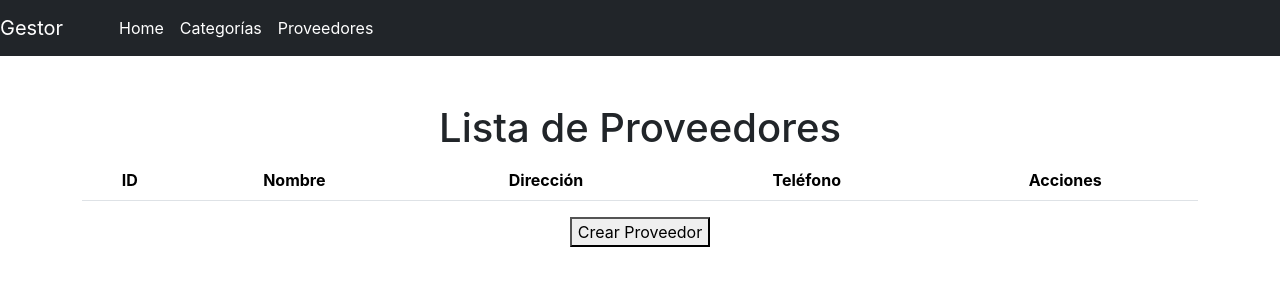
Repository: SantiagoGuaman/gestor-app
Page: /providers
The author's editor kept a copy of each file at every save. The page is drawn from the files as they stood at one save, then again after the next save.
The browser window is 1280 px wide. The pictures show the whole page.
The page's requests for data from a server got no answer. The project was rebuilt for these pictures with package versions that can differ from the ones it lists, and the page was loaded fresh each time. No one was signed in, and anything a server would have sent is missing. Also part of the build but not shown: src/App.css, src/Categories/GetDataCategories.js, src/HomePage/HomePage.js.

Above is the page before, as saved 2024-02-15 09:36:00.

### public/index.html
<!DOCTYPE html>
<html lang="en">
  <head>
    <meta charset="utf-8" />
    <link rel="icon" href="%PUBLIC_URL%/favicon.ico" />
    <meta name="viewport" content="width=device-width, initial-scale=1" />
    <meta name="theme-color" content="#000000" />
    <meta
      name="description"
      content="Web site created using create-react-app"
    />
    <link rel="apple-touch-icon" href="%PUBLIC_URL%/logo192.png" />
    <!--
      manifest.json provides metadata used when your web app is installed on a
      user's mobile device or desktop. See https://developers.google.com/web/fundamentals/web-app-manifest/
    -->
    <link href="https://cdn.jsdelivr.net/npm/bootstrap@5.3.2/dist/css/bootstrap.min.css" rel="stylesheet" integrity="sha384-T3c6CoIi6uLrA9TneNEoa7RxnatzjcDSCmG1MXxSR1GAsXEV/Dwwykc2MPK8M2HN" crossorigin="anonymous">
    <link rel="manifest" href="%PUBLIC_URL%/manifest.json" />
    <!--
      Notice the use of %PUBLIC_URL% in the tags above.
      It will be replaced with the URL of the `public` folder during the build.
      Only files inside the `public` folder can be referenced from the HTML.

      Unlike "/favicon.ico" or "favicon.ico", "%PUBLIC_URL%/favicon.ico" will
      work correctly both with client-side routing and a non-root public URL.
      Learn how to configure a non-root public URL by running `npm run build`.
    -->
    <title>Gestor APP</title>
  </head>
  <body>
    <noscript>You need to enable JavaScript to run this app.</noscript>
    <div id="root"></div>
    <!--
      This HTML file is a template.
      If you open it directly in the browser, you will see an empty page.

      You can add webfonts, meta tags, or analytics to this file.
      The build step will place the bundled scripts into the <body> tag.

      To begin the development, run `npm start` or `yarn start`.
      To create a production bundle, use `npm run build` or `yarn build`.
    -->
  </body>
  <script src="https://cdn.jsdelivr.net/npm/bootstrap@5.3.2/dist/js/bootstrap.bundle.min.js" integrity="sha384-C6RzsynM9kWDrMNeT87bh95OGNyZPhcTNXj1NW7RuBCsyN/o0jlpcV8Qyq46cDfL" crossorigin="anonymous"></script>
</html>

### src/App.js
import { BrowserRouter, Route, Routes } from 'react-router-dom';
import './App.css';
import GetDataCategories from './Categories/GetDataCategories';
import NavBar from './NavBar/NavBar';
import GetDataProviders from './Proveedores/GetDataProviders';
import HomePage from './HomePage/HomePage';

function App() {
  return (
    <BrowserRouter>
      <NavBar />
      <Routes>
        <Route exact path='/' element={<HomePage />} />
        <Route exact path='/categories' element={<GetDataCategories />} />
        <Route exact path='/providers' element={<GetDataProviders />} />
      </Routes>
    </BrowserRouter>
  );
}

export default App;

### src/NavBar/NavBar.js
import React from 'react'
import { Link } from 'react-router-dom'
import './NavBar.css';

function NavBar() {
    return (
        <nav className="navbar navbar-expand-lg navbar-light bg-dark lg">
            <Link className="navbar-brand me-5" to="/">Gestor</Link>
            <button className="navbar-toggler" type="button" data-toggle="collapse" data-target="#navbarNav" aria-controls="navbarNav" aria-expanded="false" aria-label="Toggle navigation">
                <span className="navbar-toggler-icon"></span>
            </button>
            <div className="collapse navbar-collapse" id="navbarNav">
                <ul className="navbar-nav" >
                    <li className="nav-item active">
                        <Link className="nav-link" to="/">Home</Link>
                    </li>
                    <li className="nav-item">
                        <Link className="nav-link" to="/categories">Categorías</Link>
                    </li>
                    <li className="nav-item">
                        <Link className="nav-link" to="/providers">Proveedores</Link>
                    </li>
                </ul>
            </div>
        </nav>
    )
}

export default NavBar

### src/Proveedores/GetDataProviders.js
import React, { useEffect, useState } from 'react'

function GetDataProviders() {

    const endPoint = 'http://localhost:8080/api/proveedores';

    const [proveedores, setProveedores] = useState([]);
    const [newProveedor, setNewProveedor] = useState({
        nombre: '',
        direccion: '',
        telefono: ''
    });

    const [editProveedor, setEditProveedor] = useState({
        nombre: '',
        direccion: '',
        telefono: ''
    });

    const [isCreateModalOpen, setCreateModalOpen] = useState(false);

    const fetchData = async () => {
        try {
            const response = await fetch(endPoint);
            if (response.ok) {
                const data = await response.json();
                setProveedores(data);
            }
        } catch (error) {
            console.error("Error fetching data:", error);
        }
    };

    const handleCreate = async () => {
        try {
            const response = await fetch(endPoint, {
                method: 'POST',
                headers: {
                    'Content-Type': 'application/json',
                },
                body: JSON.stringify(newProveedor),
            });

            if (response.ok) {
                console.log('Proveedor creado exitosamente');
                fetchData();
                setNewProveedor({
                    nombre: '',
                    direccion: '',
                    telefono: ''
                });
                setCreateModalOpen(false);
            } else {
                console.error('Error al crear el Proveedor');
            }
        } catch (error) {
            console.error('Error al procesar la solicitud de creación:', error);
        }
    };

    const handleEdit = (proveedor) => {
        setEditProveedor(proveedor);
    };

    const handleUpdate = async () => {
        try {
            const response = await fetch(`${endPoint}/${editProveedor.id_proveedor}`, {
                method: 'PUT',
                headers: {
                    'Content-Type': 'application/json',
                },
                body: JSON.stringify(editProveedor),
            });

            if (response.ok) {
                console.log('Proveedor actualizado exitosamente');
                fetchData();
                setEditProveedor({
                    nombre: '',
                    direccion: '',
                    telefono: ''
                });
            } else {
                console.error('Error al actualizar el Proveedor');
            }
        } catch (error) {
            console.error('Error al procesar la solicitud de actualización:', error);
        }
    };

    const handleDelete = async (id) => {
        try {
            const response = await fetch(`${endPoint}/${id}`, {
                method: 'DELETE',
            });

            if (response.ok) {
                console.log('Proveedor eliminado exitosamente');
                fetchData();
            } else {
                console.error('Error al eliminar al Proveedor');
            }
        } catch (error) {
            console.error('Error al procesar la solicitud de eliminación:', error);
        }
    }

    useEffect(() => {
        fetchData();
    }, []);

    return (
        <div className='container text-center mt-5'>
            <h1>Lista de Proveedores</h1>
            <table className="table table-hover">
                <thead>
                    <tr>
                        <th>ID</th>
                        <th>Nombre</th>
                        <th>Dirección</th>
                        <th>Teléfono</th>
                        <th>Acciones</th>
                    </tr>
                </thead>
                <tbody>
                    {proveedores.map((proveedor) => (
                        <tr key={proveedor.id_proveedor}>
                            <td>{proveedor.id_proveedor}</td>
                            <td>{proveedor.nombre}</td>
                            <td>{proveedor.direccion}</td>
                            <td>{proveedor.telefono}</td>
                            <td>
                                <button className='btn btn-secondary' onClick={() => handleEdit(proveedor)}>Editar</button>
                                <button className='btn btn-danger' onClick={() => handleDelete(proveedor.id_proveedor)}>Eliminar</button>
                            </td>
                        </tr>
                    ))}
                </tbody>
            </table>
            <button onClick={() => setCreateModalOpen(true)}>Crear Proveedor</button>
            {isCreateModalOpen && (
                <div className="modal" tabIndex="-1" role="dialog" style={{ display: 'block' }}>
                    <div className="modal-dialog" role="document">
                        <div className="modal-content">
                            <div className="modal-header">
                                <h5 className="modal-title">Crear Nuevo Proveedor</h5>
                                <button type="button" className="close" data-dismiss="modal" aria-label="Close" onClick={() => setCreateModalOpen(false)}>
                                    <span aria-hidden="true">&times;</span>
                                </button>
                            </div>

                            <div className="modal-body" style={{ display: 'flex', flexDirection: 'column' }}>
                                <input className='form-control mt-3'
                                    type="text"
                                    placeholder="Nombre"
                                    value={newProveedor.nombre}
                                    onChange={(e) => setNewProveedor({ ...newProveedor, nombre: e.target.value })}
                                />
                                <input className='form-control mt-3'
                                    type="text"
                                    placeholder="Dirección"
                                    value={newProveedor.direccion}
                                    onChange={(e) => setNewProveedor({ ...newProveedor, direccion: e.target.value })}
                                />
                                <input className='form-control mt-3'
                                    type="text"
                                    placeholder="Teléfono"
                                    value={newProveedor.telefono}
                                    onChange={(e) => setNewProveedor({ ...newProveedor, telefono: e.target.value })}
                                />
                            </div>
                            <div className="modal-footer mt-3">
                                <button type="button" className="btn btn-primary" onClick={handleCreate}>Crear</button>
                                <button type="button" className="btn btn-secondary" onClick={() => setCreateModalOpen(false)}>Cancelar</button>
                            </div>
                        </div>
                    </div>
                </div>

            )}

            {editProveedor.id_proveedor && (
                <div>
                    <h2>Editar Proveedor</h2>
                    <input
                        type="text"
                        value={editProveedor.nombre}
                        onChange={(e) => setEditProveedor({ ...editProveedor, nombre: e.target.value })}
                    />
                    <input
                        type="text"
                        value={editProveedor.direccion}
                        onChange={(e) => setEditProveedor({ ...editProveedor, direccion: e.target.value })}
                    />
                    <input
                        type="text"
                        value={editProveedor.telefono}
                        onChange={(e) => setEditProveedor({ ...editProveedor, telefono: e.target.value })}
                    />
                    <button className='btn btn-success' onClick={handleUpdate}>Guardar</button>
                </div>
            )}
        </div>
    );
}

export default GetDataProviders

### src/NavBar/NavBar.css
.nav-link {
    color: #FFFFFF;
    /* Color blanco */
}

.navbar-brand {
    color: #FFFFFF;
}

Loaded but not shown: src/index.js (common file); src/index.css (common file); src/reportWebVitals.js (common file)

After the next save:
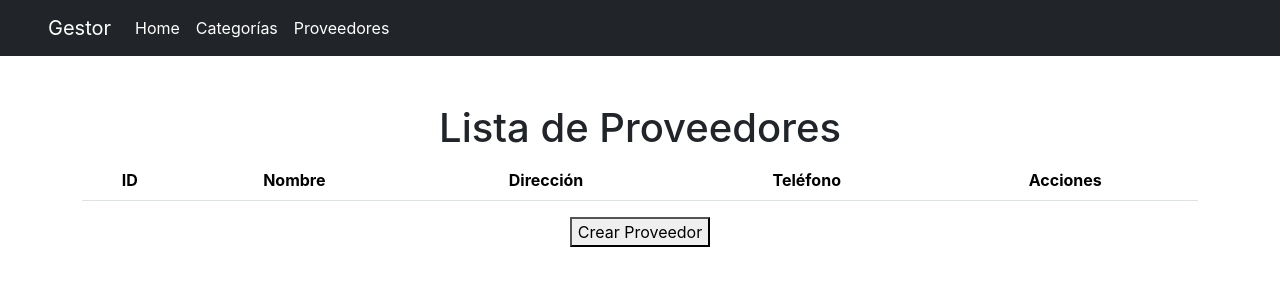
Saved 5 s later.
--- a/src/NavBar/NavBar.js
+++ b/src/NavBar/NavBar.js
@@ -5,7 +5,7 @@ import './NavBar.css';
 function NavBar() {
     return (
         <nav className="navbar navbar-expand-lg navbar-light bg-dark lg">
-            <Link className="navbar-brand me-5" to="/">Gestor</Link>
+            <Link className="navbar-brand ms-5" to="/">Gestor</Link>
             <button className="navbar-toggler" type="button" data-toggle="collapse" data-target="#navbarNav" aria-controls="navbarNav" aria-expanded="false" aria-label="Toggle navigation">
                 <span className="navbar-toggler-icon"></span>
             </button>
